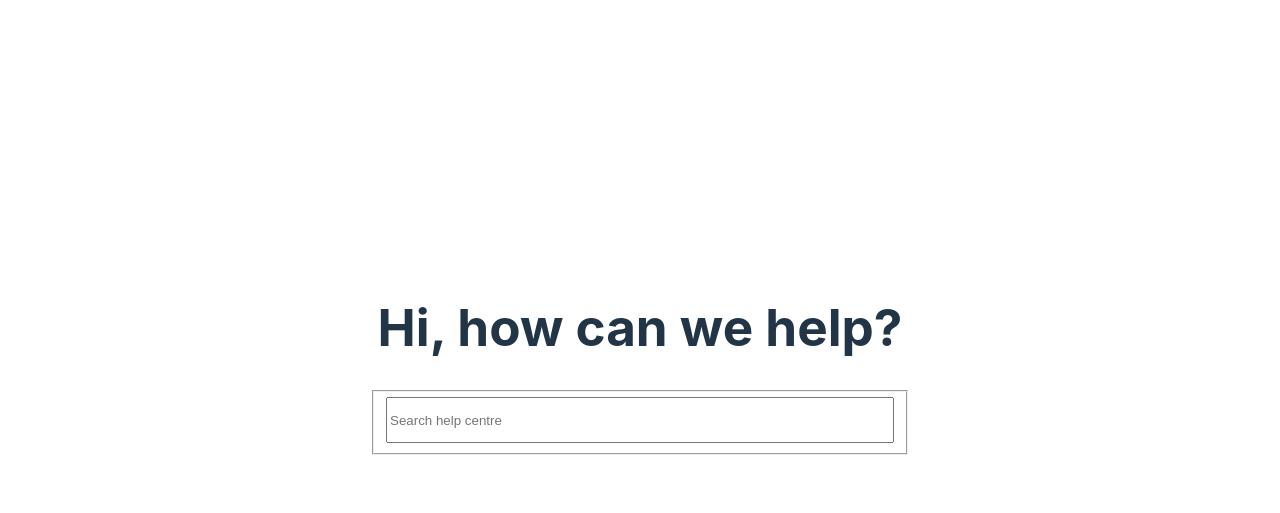
Repository: mukeshghodela-easternts/search-bar-component
Page: /
The author's editor kept a copy of each file at every save. The page is drawn from the files as they stood at one save, then again after the next save.
The browser window is 1280 px wide. The pictures show the whole page.
The project was rebuilt for these pictures with package versions that can differ from the ones it lists, and the page was loaded fresh each time. Also part of the build but not shown: vite.config.ts.

Above is the page before, as saved 2023-03-22 12:56:16.

### src/App.tsx
import { useState } from 'react'
import reactLogo from './assets/react.svg'
import viteLogo from '/vite.svg'
import './App.css'
import SearchBar from './components/SearchBar'

function App() {
  const [count, setCount] = useState(0)

  return (
    <div className="App">
      <SearchBar/>
    </div>
  )
}

export default App

### src/App.css
#root {
  max-width: 1280px;
  margin: 0 auto;
  padding: 2rem;
  text-align: center;
}

.logo {
  height: 6em;
  padding: 1.5em;
  will-change: filter;
  transition: filter 300ms;
}
.logo:hover {
  filter: drop-shadow(0 0 2em #646cffaa);
}
.logo.react:hover {
  filter: drop-shadow(0 0 2em #61dafbaa);
}

@keyframes logo-spin {
  from {
    transform: rotate(0deg);
  }
  to {
    transform: rotate(360deg);
  }
}

@media (prefers-reduced-motion: no-preference) {
  a:nth-of-type(2) .logo {
    animation: logo-spin infinite 20s linear;
  }
}

.m-searchWidget input{
    width: 500px;
    height: 40px;
}

.card {
  padding: 2em;
}

.read-the-docs {
  color: #888;
}

### src/components/SearchBar.tsx
import { SetStateAction, useState } from "react"
import questions from '../data/questions'
function SearchBar() {
  const [inputValue, setInputValue] = useState('')

  const handleInputChange = (event: { target: { value: SetStateAction<string>; }; }) => {
    setInputValue(event.target.value);
  };


  return (
    <div className="full-bleed">
        <div className="o-search-container">
            <h1 className="H1Bold38">Hi, how can we help?</h1>
            <fieldset className="m-searchWidget">
                <input type="text" placeholder="Search help centre" value={inputValue} onChange={handleInputChange} />
                <span className="a-searchIcon"></span>
            </fieldset>
            {/* <div className="m-search-results" v-if="searchItems.length > 0">
                <p className="a-result-title PBold14">Top article suggestions</p>
                <div className="a-result-link" v-for="(res, index) in searchItems" :key="index">
                <router-link :to="{ path: res.link }">
                    <div v-html="res.question"></div>
                </router-link>
                </div>
            </div>*/}
        </div>
    </div>
  )
}

export default SearchBar

Loaded but not shown: index.html (common file); src/main.tsx (common file); src/index.css (common file)

After the next save:
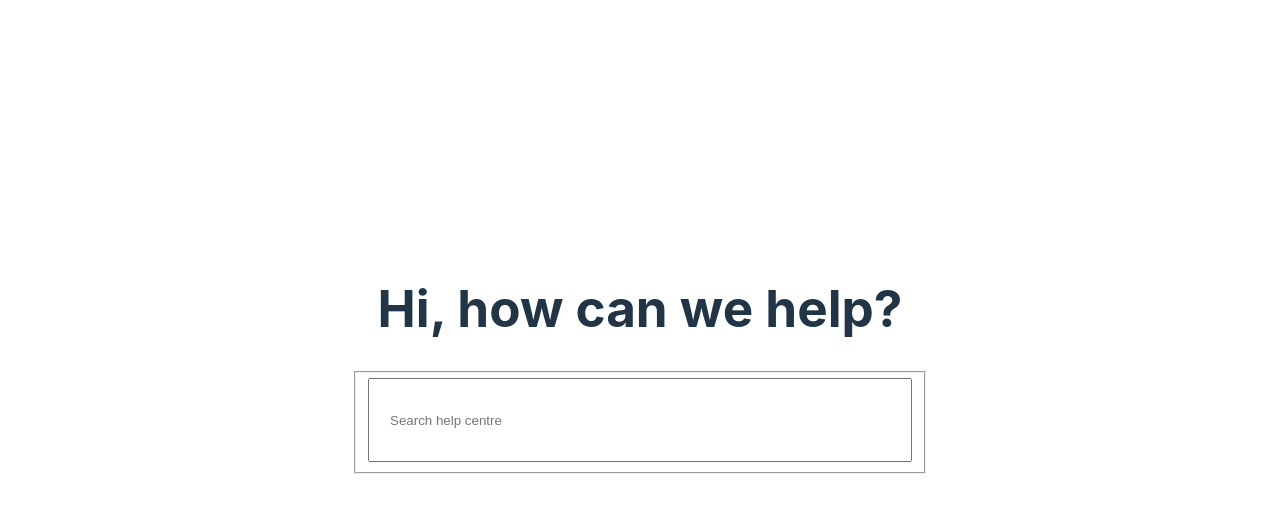
Saved 25 s later.
--- a/src/App.css
+++ b/src/App.css
@@ -36,6 +36,7 @@
 .m-searchWidget input{
     width: 500px;
     height: 40px;
+    padding: 20px 20px;
 }
 
 .card {
